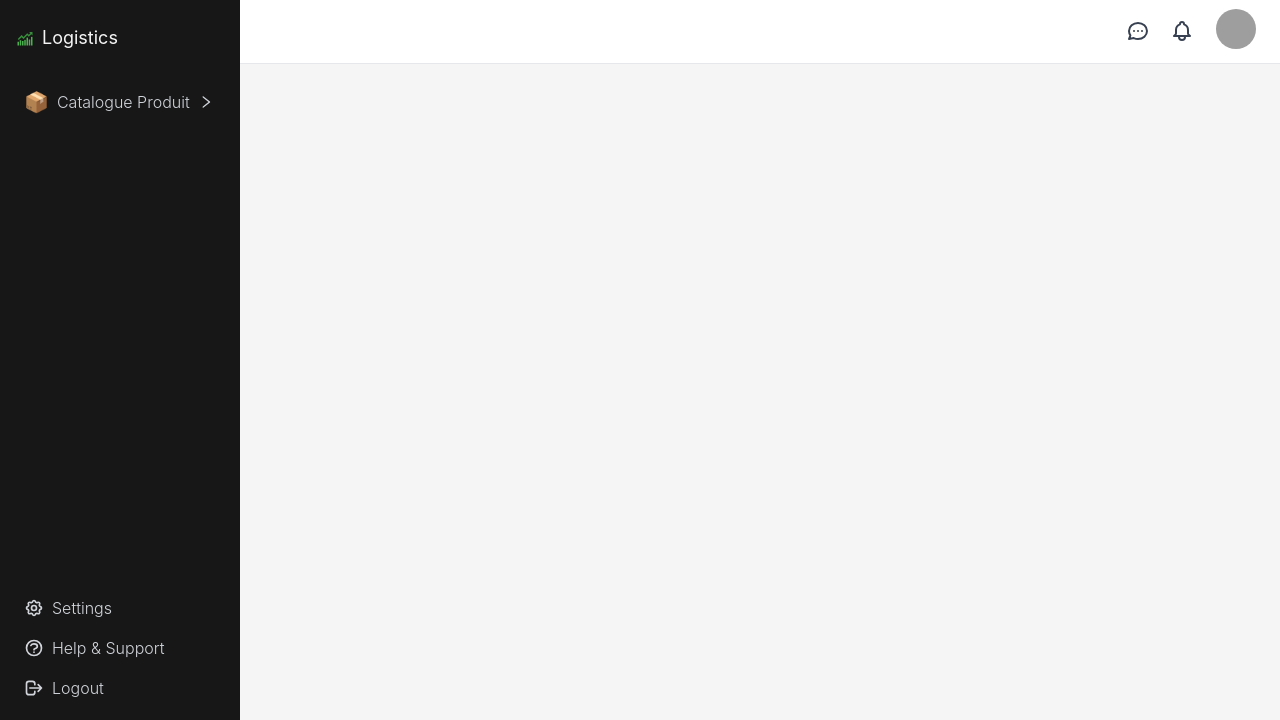
Repository: Mayar2222/Dashboard
Page: /
The author's editor kept a copy of each file at every save. The page is drawn from the files as they stood at one save, then again after the next save.
The browser window is 1280 px wide. The pictures show the whole page.
Pictures or frames that could not be fetched are drawn as grey boxes. The project was rebuilt for these pictures with package versions that can differ from the ones it lists, and the page was loaded fresh each time. Also part of the build but not shown: src/components/CatalogueProduits.jsx, src/components/Categories.jsx.

Above is the page before, as saved 2024-07-28 17:03:46.

### src/App.jsx
import { Route, BrowserRouter as Router, Routes } from "react-router-dom";
import CatalogueProduits from "./components/CatalogueProduits";
import Categories from "./components/Categories";
import Layout from "./components/shared/Layout";

function App() {
  return (
      <Router>
      <Routes>
        <Route path="/"  element={<Layout/>}>
          <Route path="CatalogueProduits"  element={<CatalogueProduits/>}/>
          <Route path="Categories"  element={<Categories/>}/>

          <Route path="login"  element={<div>this login page</div>}/>

        </Route>
      </Routes>
      </Router>
  );
}

export default App;

### src/index.css
@import url('https://fonts.googleapis.com/css2? family=Poppins:wght@400; 600;700&display=swap');


@tailwind base;
@tailwind components;
@tailwind utilities;

@layer base {
    html {
        font-family: 'Inter', sans-serif;
        line-height: 1.3;
    }
    table {
        /* Add any specific styles for the table here if needed */
    }
    th,
    td {
        @apply py-3 px-2.5 text-sm text-left border-y border-gray-200;
    }
    thead {
        @apply bg-neutral-100;
    }
    th {
        @apply font-semibold;
    }
    a {
        @apply text-sky-500 hover:underline;
    }
}

### src/components/shared/Layout.jsx
import React from 'react'
import { Outlet } from 'react-router-dom'
import Header from './Header'
import Sidebar from './Sidebar'
export default function Layout() {
  return (
    <div className='flex flex-row bg-neutral-100 h-screen w-screen overflow-hidden'>
<Sidebar/>
     <div className='flex-1'>
      <Header/>
      <div className='p-4'>{<Outlet/>}</div>

      </div>


    </div>
  )
}

### src/components/shared/Header.jsx
import { Menu, Popover, Transition } from '@headlessui/react';
import React, { Fragment } from 'react';
import { HiOutlineBell, HiOutlineChat } from 'react-icons/hi';

export default function Header() {
  return (
    <div className='bg-white h-16 px-4 flex justify-between items-center border-b border-gray-200'>
      <div className='relative'>

      </div>
      <div className="flex items-center gap-2 mr-2">
        <Popover className="relative">
          {({ open }) => (
            <>
              <Popover.Button
                className={`p-1.5 rounded-sm inline-flex items-center ${open ? 'text-gray-900' : 'text-gray-700 hover:text-gray-900'} focus:outline-none`}
              >
                <HiOutlineChat fontSize={24} />
              </Popover.Button>
              <Transition
                as={Fragment}
                enter="transition ease-out duration-200"
                enterFrom="opacity-0 translate-y-1"
                enterTo="opacity-100 translate-y-0"
                leave="transition ease-in duration-150"
                leaveFrom="opacity-100 translate-y-0"
                leaveTo="opacity-0 translate-y-1"
              >
                <Popover.Panel className="absolute right-0 z-10 mt-2.5 w-80">
                  <div className="bg-white rounded-sm shadow-md ring-1 ring-black ring-opacity-5 px-2 py-2.5">
                    <strong className="text-gray-700 font-medium">Messages</strong>
                    <div className="mt-2">This is the messages panel!</div>
                  </div>
                </Popover.Panel>
              </Transition>
            </>
          )}
        </Popover>

        <Popover className="relative">
          {({ open }) => (
            <>
              <Popover.Button
                className={`p-1.5 rounded-sm inline-flex items-center ${open ? 'text-gray-900' : 'text-gray-700 hover:text-gray-900'} focus:outline-none`}
              >
                <HiOutlineBell fontSize={24} />
              </Popover.Button>
              <Transition
                as={Fragment}
                enter="transition ease-out duration-200"
                enterFrom="opacity-0 translate-y-1"
                enterTo="opacity-100 translate-y-0"
                leave="transition ease-in duration-150"
                leaveFrom="opacity-100 translate-y-0"
                leaveTo="opacity-0 translate-y-1"
              >
                <Popover.Panel className="absolute right-0 z-10 mt-2.5 w-80">
                  <div className="bg-white rounded-sm shadow-md ring-1 ring-black ring-opacity-5 px-2 py-2.5">
                    <strong className="text-gray-700 font-medium">Notifications</strong>
                    <div className="mt-2">This is the notifications panel!</div>
                  </div>
                </Popover.Panel>
              </Transition>
            </>
          )}
        </Popover>

        <Menu as="div" className="relative">
          <div>
            <Menu.Button className="ml-2 inline-flex">
              <span className='sr-only'>Open user menu</span>
              <div className='h-10 w-10 rounded-full bg-sky-500 bg-cover bg-no-repeat bg-center' style={{backgroundImage: 'url("https://images.unsplash.com/photo-1529626455594-4ff0802cfb7e?crop=faces&fit=crop&w=80&h=80&q=80")'}}>
                <span className='sr-only'>Mayar</span>
              </div>
            </Menu.Button>
          </div>
          <Transition
            as={Fragment}
            enter="transition ease-out duration-200"
            enterFrom="opacity-0 translate-y-1"
            enterTo="opacity-100 translate-y-0"
            leave="transition ease-in duration-150"
            leaveFrom="opacity-100 translate-y-0"
            leaveTo="opacity-0 translate-y-1"
          >
            <Menu.Items className="absolute right-0 mt-2 w-48 origin-top-right bg-white border border-gray-200 divide-y divide-gray-100 rounded-md shadow-lg outline-none">
              <div className="px-4 py-3">
                <p className="text-sm">Signed in as</p>
                <p className="text-sm font-medium text-gray-900 truncate">Mayar</p>
              </div>
              <div className="py-1">
                <Menu.Item>
                  {({ active }) => (
                    <a
                      href="/profile"
                      className={`${
                        active ? 'bg-gray-100 text-gray-900' : 'text-gray-700'
                      } flex justify-between w-full px-4 py-2 text-sm leading-5 text-left`}
                    >
                      Your Profile
                    </a>
                  )}
                </Menu.Item>
                <Menu.Item>
                  {({ active }) => (
                    <a
                      href="/settings"
                      className={`${
                        active ? 'bg-gray-100 text-gray-900' : 'text-gray-700'
                      } flex justify-between w-full px-4 py-2 text-sm leading-5 text-left`}
                    >
                      Settings
                    </a>
                  )}
                </Menu.Item>
              </div>
              <div className="py-1">
                <Menu.Item>
                  {({ active }) => (
                    <a
                      href="/logout"
                      className={`${
                        active ? 'bg-gray-100 text-gray-900' : 'text-gray-700'
                      } flex justify-between w-full px-4 py-2 text-sm leading-5 text-left`}
                    >
                      Sign out
                    </a>
                  )}
                </Menu.Item>
              </div>
            </Menu.Items>
          </Transition>
        </Menu>
      </div>
    </div>
  );
}

### src/components/shared/Sidebar.jsx
import React, { useState } from 'react';
import { AiOutlineDown, AiOutlineRight } from 'react-icons/ai';
import { FcBullish } from 'react-icons/fc';
import { HiOutlineLogout } from 'react-icons/hi';
import { Link, useLocation } from 'react-router-dom';
import { DASHBOARD_SIDEBAR_BOTTOM_LINKS, DASHBOARD_SIDEBAR_LINKS } from '../../lib/consts/navigation';

const linkClasses =
  'flex items-center gap-2 font-light px-3 py-2 hover:bg-neutral-700 hover:no-underline active:bg-neutral-600 rounded-sm text-base text-gray-300';

const titleClasses = 'flex items-center gap-2 px-1 py-3 text-neutral-100 text-lg';

export default function Sidebar() {
  const { pathname } = useLocation();
  const [isCatalogueOpen, setIsCatalogueOpen] = useState(false);

  const toggleCatalogue = () => {
    setIsCatalogueOpen(!isCatalogueOpen);
  };

  return (
    <div className="bg-neutral-900 w-60 p-3 flex flex-col text-white h-full fixed">
      <div className={titleClasses}>
        <FcBullish />
        <span>Logistics</span>
      </div>
      <div className="flex-1 mt-4">
        <div>
          <button onClick={toggleCatalogue} className={linkClasses}>
            <span className="text-xl">📦</span>
            <span>Catalogue Produit</span>
            {isCatalogueOpen ? <AiOutlineDown /> : <AiOutlineRight />}
          </button>
          {isCatalogueOpen && (
            <div className="ml-6 mt-2">

              <Link to="/categories" className={linkClasses}>
                Catégories du produit
              </Link>
              <Link to="/produit" className={linkClasses}>
                Produit
              </Link>
              <Link to="/spf" className={linkClasses}>
              Spécificités
              </Link>
              <Link to="/historique" className={linkClasses}>
              Historique de stock
              </Link>
              <Link to="/stock" className={linkClasses}>
              Stock
              </Link>
            </div>
          )}
        </div>

        {DASHBOARD_SIDEBAR_LINKS.filter(link => link.label !== "Catalogue Produit").map(({ key, path, icon, label }) => (
          <Link
            key={key}
            to={path}
            className={`${linkClasses} ${pathname === path ? 'bg-neutral-700' : ''}`}
          >
            {icon && <span className="text-xl">{icon}</span>}
            <span>{label}</span>
          </Link>
        ))}
      </div>
      <div className="mt-4">
        {DASHBOARD_SIDEBAR_BOTTOM_LINKS.map(({ key, path, icon, label }) => (
          <Link
            key={key}
            to={path}
            className={`${linkClasses} ${pathname === path ? 'bg-neutral-700' : ''}`}
          >
            {icon && <span className="text-xl">{icon}</span>}
            <span>{label}</span>
          </Link>
        ))}
        <Link
          to="/logout" // Adjust the path as needed
          className={linkClasses}
        >
          <HiOutlineLogout className="text-xl" />
          <span>Logout</span>
        </Link>
      </div>
    </div>
  );
}

### src/lib/consts/navigation.jsx
import {
	HiOutlineCog,
	HiOutlineCube,
	HiOutlineQuestionMarkCircle
} from 'react-icons/hi'

export const DASHBOARD_SIDEBAR_LINKS = [

	{
		key: 'CatalogueProduits',
		label: 'Catalogue Produit',
		path: '/CatalogueProduits',
		icon: <HiOutlineCube />
	},



]

export const DASHBOARD_SIDEBAR_BOTTOM_LINKS = [
	{
		key: 'settings',
		label: 'Settings',
		path: '/settings',
		icon: <HiOutlineCog />
	},
	{
		key: 'support',
		label: 'Help & Support',
		path: '/support',
		icon: <HiOutlineQuestionMarkCircle />
	}
]

Loaded but not shown: public/index.html (common file); src/index.js (common file); tailwind.config.js (common file)

After the next save:
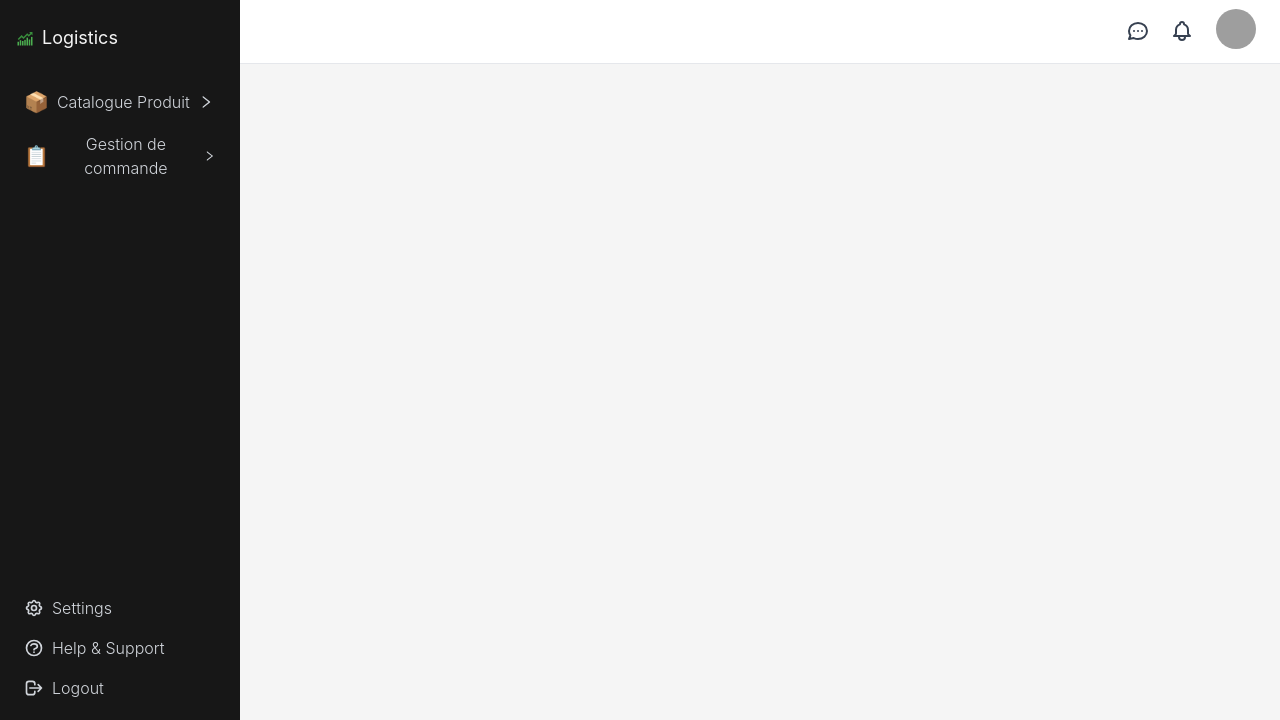
Saved 22 min 41 s later.
--- a/src/components/shared/Sidebar.jsx
+++ b/src/components/shared/Sidebar.jsx
@@ -13,9 +13,14 @@ const titleClasses = 'flex items-center gap-2 px-1 py-3 text-neutral-100 text-lg
 export default function Sidebar() {
   const { pathname } = useLocation();
   const [isCatalogueOpen, setIsCatalogueOpen] = useState(false);
+  const [isGestionOpen, setIsGestionOpen] = useState(false);
 
   const toggleCatalogue = () => {
     setIsCatalogueOpen(!isCatalogueOpen);
+  };
+
+  const toggleGestion = () => {
+    setIsGestionOpen(!isGestionOpen);
   };
 
   return (
@@ -33,7 +38,6 @@ export default function Sidebar() {
           </button>
           {isCatalogueOpen && (
             <div className="ml-6 mt-2">
-
               <Link to="/categories" className={linkClasses}>
                 Catégories du produit
               </Link>
@@ -41,19 +45,40 @@ export default function Sidebar() {
                 Produit
               </Link>
               <Link to="/spf" className={linkClasses}>
-              Spécificités
+                Spécificités
               </Link>
               <Link to="/historique" className={linkClasses}>
-              Historique de stock
+                Historique de stock
               </Link>
               <Link to="/stock" className={linkClasses}>
-              Stock
+                Stock
               </Link>
             </div>
           )}
         </div>
 
-        {DASHBOARD_SIDEBAR_LINKS.filter(link => link.label !== "Catalogue Produit").map(({ key, path, icon, label }) => (
+        <div>
+          <button onClick={toggleGestion} className={linkClasses}>
+            <span className="text-xl">📋</span>
+            <span>Gestion de commande</span>
+            {isGestionOpen ? <AiOutlineDown /> : <AiOutlineRight />}
+          </button>
+          {isGestionOpen && (
+            <div className="ml-6 mt-2">
+              <Link to="/commande" className={linkClasses}>
+                Commande
+              </Link>
+              <Link to="/suivi" className={linkClasses}>
+                Suivi
+              </Link>
+              <Link to="/facturation" className={linkClasses}>
+                Facturation
+              </Link>
+            </div>
+          )}
+        </div>
+
+        {DASHBOARD_SIDEBAR_LINKS.filter(link => link.label !== "Catalogue Produit" && link.label !== "Gestion de commande").map(({ key, path, icon, label }) => (
           <Link
             key={key}
             to={path}
